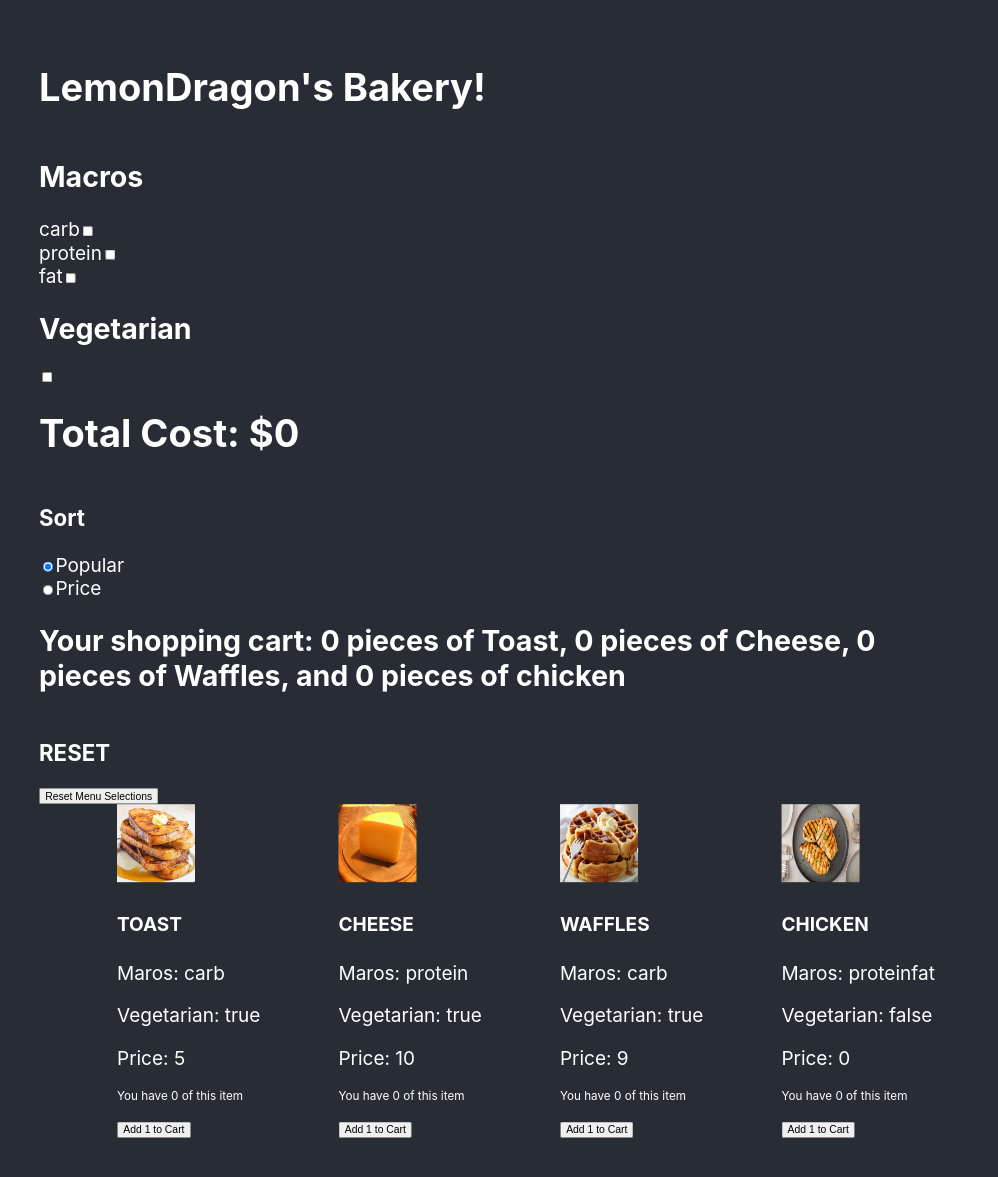
Repository: happydragon200/development
Page: /
These files come from the project's save history. The page is drawn as it stood at one moment and after the next save; the edit follows.
The browser window is 1280 px wide. The pictures show the whole page, at 78% of full size.
The project was rebuilt for these pictures with package versions that can differ from the ones it lists, and the page was loaded fresh each time.

Above is the page before, as saved 2022-12-02 07:23:47.

### src/App.js
import React, { useState } from 'react'
import baguette from './images/baguette.jpg'
import toast from './images/toast.png'
import cheese from './images/cheese.jpg'
import waffle from './images/waffle.jpg'
import chicken from './images/chicken.jpg'
import Container from 'react-bootstrap/Container'
import Nav from 'react-bootstrap/Nav'
import Navbar from 'react-bootstrap/Navbar'
import NavDropdown from 'react-bootstrap/NavDropdown'
import './App.css'

function App() {
  return (
    <div>
      <div className="App">
        <header className="App-header">
          <h1>LemonDragon's Bakery!</h1>
          <Menu />
        </header>
      </div>
    </div>
  )
}

function FilterBar(props) {
  const { selected, changeSelected } = props

  const carbsButton = FilterButton(selected, changeSelected, 'carb')
  const proteinButton = FilterButton(selected, changeSelected, 'protein')
  const fatButton = FilterButton(selected, changeSelected, 'fat')

  const pieButton = FilterButton(selected, changeSelected, 'pie')
  const cakeButton = FilterButton(selected, changeSelected, 'cake')
  const otherButton = FilterButton(selected, changeSelected, 'other')

  const buttons = [carbsButton, proteinButton, fatButton]

  return (
    <div>
      {buttons}
      {/* <h1>{selected}</h1> */}
    </div>
  )
}

function ResetButton(props) {
  const {
    changeSelected,
    toast_setcount,
    cheese_setcount,
    waffle_setcount,
    chicken_setcount,
  } = props

  const clickChange = () => {
    changeSelected([])
    toast_setcount(0)
    cheese_setcount(0)
    waffle_setcount(0)
    chicken_setcount(0)
  }

  return (
    <input
      type="button"
      value="Reset Menu Selections"
      onClick={clickChange}
    />
  )
}

function VegButton(props) {
  const { veg, changeVeg } = props

  const clickChange = () => {
    changeVeg(!veg)
  }

  return (
    <input
      type="checkbox"
      id="vegetarian"
      name="Vegetarian"
      // value="Paneer"
      checked={veg}
      onChange={clickChange}
    />
  )
}

function FilterButton(selected, changeSelected, tag) {
  // const { selected, changeSelected, tag } = props

  const clickChange = () => {
    if (selected.includes(tag)) {
      // const new_selected = selected.remove(tag)

      var new_selected = selected.filter(function (value, index, arr) {
        return value !== tag
      })
      changeSelected(new_selected)
    } else {
      const new_selected = [...selected]
      new_selected.push(tag)
      changeSelected(new_selected)
    }
  }

  return (
    <div>
      {tag}
      <input
        type="checkbox"
        id="topping"
        name="topping"
        value="Paneer"
        // checked={man}
        onChange={clickChange}
      />
    </div>
  )
}

function Menu() {
  const [selected, changeSelected] = useState([])

  const [chosen, changeChosen] = useState('Popular')
  const [veg, changeVeg] = useState(false)

  const [toast_count, toast_setcount] = useState(0)
  const [cheese_count, cheese_setcount] = useState(0)
  const [waffle_count, waffle_setcount] = useState(0)
  const [chicken_count, chicken_setcount] = useState(0)

  const toast_price = 5
  const cheese_price = 10
  const waffle_price = 9
  const chicken_price = 0

  const toast_comp = [
    ['carb'],
    true,
    toast_price,
    BakeryItem(
      'toast',
      ['carb'],
      true,
      toast_price,
      toast,
      toast_count,
      toast_setcount,
    ),
  ]
  const cheese_comp = [
    ['protein'],
    true,
    cheese_price,
    BakeryItem(
      'cheese',
      ['protein'],
      true,
      cheese_price,
      cheese,
      cheese_count,
      cheese_setcount,
    ),
  ]
  const waffle_comp = [
    ['carb'],
    true,
    waffle_price,
    BakeryItem(
      'waffles',
      ['carb'],
      true,
      waffle_price,
      waffle,
      waffle_count,
      waffle_setcount,
    ),
  ]

  const chicken_comp = [
    ['protein', 'fat'],
    false,
    chicken_price,
    BakeryItem(
      'chicken',
      ['protein', 'fat'],
      false,
      chicken_price,
      chicken,
      chicken_count,
      chicken_setcount,
    ),
  ]

  var final_list = [toast_comp, cheese_comp, waffle_comp, chicken_comp]

  if (selected.length > 0) {
    final_list = final_list.filter(function (food) {
      for (let i = 0; i < selected.length; i++) {
        const option = selected[i]

        if (!food[0].includes(option)) {
          return false
        }
      }
      return true
    })
  }

  if (veg) {
    final_list = final_list.filter((food) => food[1])
  }

  if (chosen === 'Price') {
    console.log('DSKFJSKLJFLSLDFj')
    final_list.sort(function (a, b) {
      return a[2] - b[2]
    })
  }

  final_list = final_list.map((item) => item.slice(-1))

  return (
    <>
      <h2>Macros</h2>
      <FilterBar selected={selected} changeSelected={changeSelected} />
      <div></div>
      <div></div>
      <h2>Vegetarian</h2>
      <VegButton veg={veg} changeVeg={changeVeg} />
      <h1>
        Total Cost: $
        {toast_count * toast_price +
          cheese_count * cheese_price +
          waffle_count * waffle_price +
          chicken_count * chicken_price}
      </h1>
      <SortPriceButton chosen={chosen} changeChosen={changeChosen} />
      <h2>
        Your shopping cart: {toast_count} pieces of Toast, {cheese_count} pieces
        of Cheese, {waffle_count} pieces of Waffles, and {chicken_count} pieces
        of chicken
      </h2>

      <h3>RESET</h3>
      <ResetButton
        changeSelected={changeSelected}
        toast_setcount={toast_setcount}
        cheese_setcount={cheese_setcount}
        waffle_setcount={waffle_setcount}
        chicken_setcount={chicken_setcount}
      />

      <div className="flex-parent">{final_list}</div>
    </>
  )
}

function SortPriceButton(props) {
  const { chosen, changeChosen } = props

  const handlePrice = () => {
    changeChosen('Price')
  }

  const handlePopular = () => {
    changeChosen('Popular')
  }

  return (
    <div>
      <h3>Sort</h3>
      <div className="radio">
        <label>
          <input
            type="radio"
            checked={chosen === 'Popular'}
            onChange={handlePopular}
          />
          Popular
        </label>
      </div>
      <div className="radio">
        <label>
          <input
            type="radio"
            // label="Price"
            checked={chosen === 'Price'}
            onChange={handlePrice}
          />
          Price
        </label>
      </div>
    </div>
  )
}

function BakeryItem(label, macros, veg, price, img, count, setCount) {
  // const { img, count, setCount } = prop

  return (
    <div className="pad">
      <img src={img} className="Item-small" />
      <h4>{label.toUpperCase()}</h4>
      <p>Maros: {macros}</p>
      <p>Vegetarian: {veg.toString()}</p>
      <p>Price: {price}</p>
      <p className="smull">You have {count} of this item</p>
      <button onClick={() => setCount(count + 1)}>Add 1 to Cart</button>

      {count > 0 && (
        <button onClick={() => setCount(count - 1)}>Remove 1 from Cart</button>
      )}
    </div>
  )
}

export default App

// const [type, setType] = useState('ALL')

// var foods = [
//   {
//     name: 'toast',
//     type: 'bread',
//     price: 5,
//     img: { toast },
//     count: { toast_count },
//   },
//   {
//     name: 'cheese',
//     type: 'protein',
//     price: 10,
//     img: { cheese },
//     count: { cheese_count },
//   },
//   {
//     name: 'waffle',
//     type: 'bread',
//     price: 100,
//     img: { waffle },
//     count: { waffle_count },
//   },
// ]

// foods.filter(function (value, index, arr) {
//   return value
// })

### src/App.css
.App {
  /* text-align: center; */
}

.App-logo {
  height: 40vmin;
  pointer-events: none;
}

@media (prefers-reduced-motion: no-preference) {
  .App-logo {
    animation: App-logo-spin infinite 20s linear;
  }
}

.App-header {
  background-color: #282c34;
  min-height: 100vh;
  display: flex;
  flex-direction: column;
  align-items: flex-start;
  justify-content: flex-start;
  font-size: calc(10px + 2vmin);
  padding: 50px 50px 50px 50px;
  color: white;
}

.App-link {
  color: #61dafb;
}

.Item-small {
  height: 100px;
  width: 100px;
}

.inline {
  justify-content: space-around;
}

.pad {
  padding: 0px 0px 0px 100px;
}

.flex-parent {
  display: flex;
  justify-content: space-around;

}

.smull {
  font-size: 15px;
}

@keyframes App-logo-spin {
  from {
    transform: rotate(0deg);
  }
  to {
    transform: rotate(360deg);
  }
}

Loaded but not shown: public/index.html (common file); src/index.js (common file); src/index.css (common file)

After the next save:
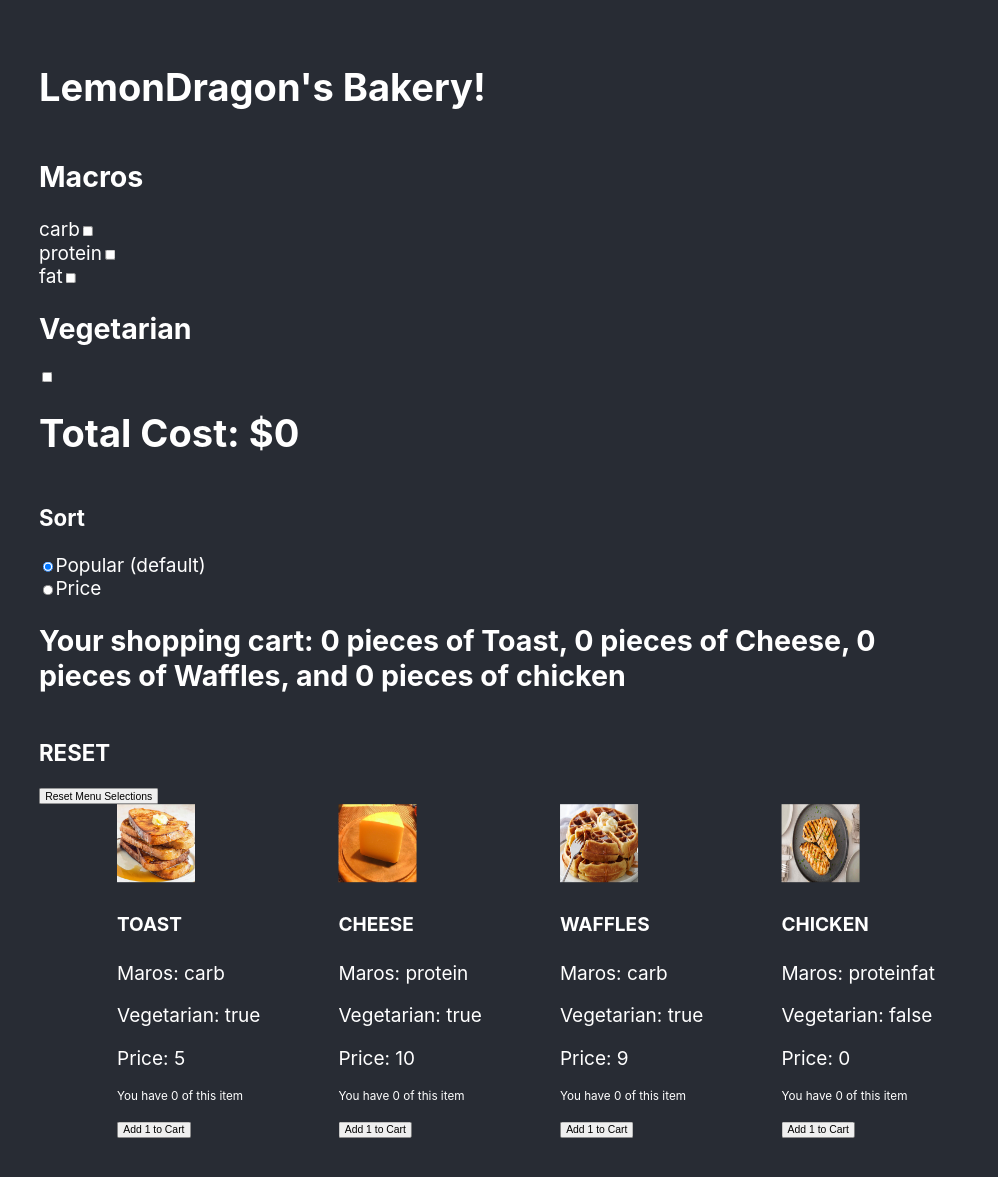
Saved 2 min 40 s later.
--- a/src/App.js
+++ b/src/App.js
@@ -281,7 +281,7 @@
             checked={chosen === 'Popular'}
             onChange={handlePopular}
           />
-          Popular
+          Popular (default)
         </label>
       </div>
       <div className="radio">
